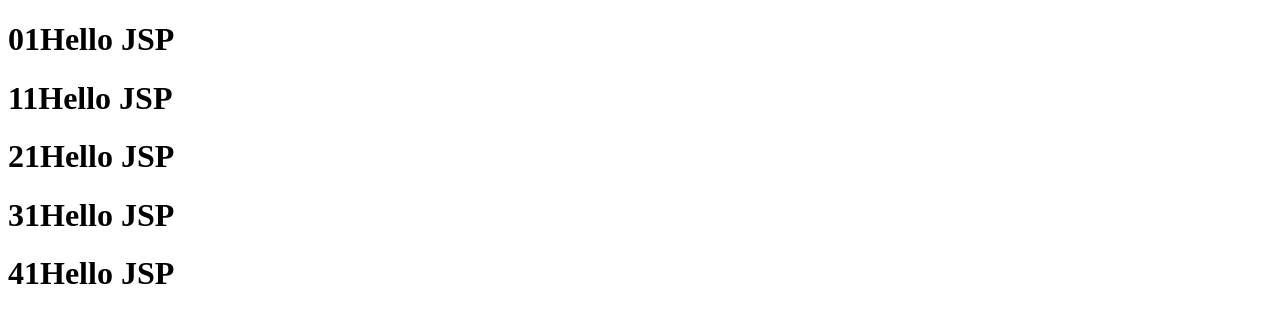
Repository: Jungsol/Servlet_JSP_study
Page: http://localhost/JSP/ex07_out.jsp
The author's editor kept a copy of each file at every save. The page is drawn from the files as they stood at one save, then again after a run of saves.
The browser window is 1280 px wide. The pictures show the whole page.
The page is served by Tomcat 9. Other server files are loaded and not shown.

Above is the page before, as saved 2023-06-08 15:44:55.

### JSP/src/main/webapp/ex07_out.jsp
<%@ page language="java" contentType="text/html; charset=EUC-KR"
    pageEncoding="EUC-KR"%>
<!DOCTYPE html>
<html>
<head>
<meta charset="EUC-KR">
<title>Insert title here</title>
</head>
<body>

	<!-- out객체 : 웹 페이지에 정보를 출력하기 위한 객체
				-> html태그와 같이 사용하게 되면 코드 간결 -->
	<%
		for(int i=0; i<5; i++){
			out.print("<h1>"+i+1+"Hello JSP<h1>");
		}
	%>
</body>
</html>

After the next 2 saves:
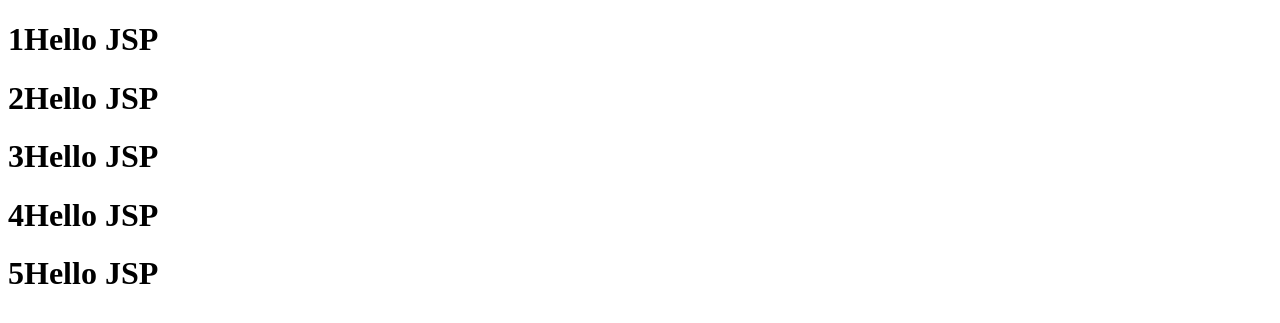
The 2 saves are shown as one change because they came seconds apart.
The last was saved 23 s later.
--- a/JSP/src/main/webapp/ex07_out.jsp
+++ b/JSP/src/main/webapp/ex07_out.jsp
@@ -12,7 +12,7 @@
 				-> html태그와 같이 사용하게 되면 코드 간결 -->
 	<%
 		for(int i=0; i<5; i++){
-			out.print("<h1>"+i+1+"Hello JSP<h1>");
+			out.print("<h1>"+(i+1)+"Hello JSP<h1>");
 		}
 	%>
 </body>
